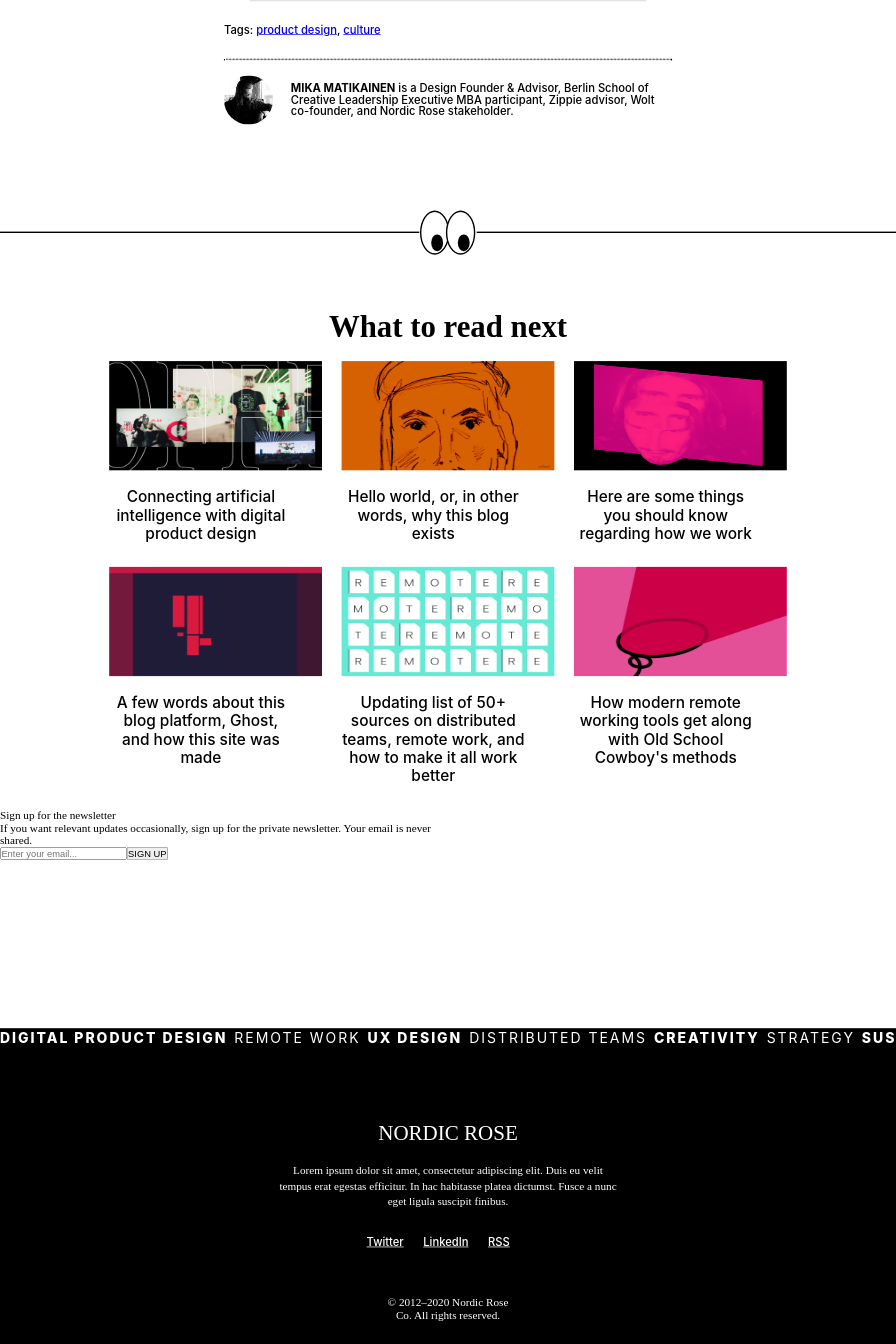
Repository: ThuTrang-jvb/JVB-BT1
Page: Page 3/article.html
The author's editor kept a copy of each file at every save. The page is drawn from the files as they stood at one save, then again after the next save.
The browser window is 1280 px wide. The pictures show the part of the page from y = 3637 to 5557 px (the page is 5557 px tall), at 70% of full size.

Above is the page before, as saved 2025-06-30 10:07:29.

### Page 3/article.html
<!DOCTYPE html>
<html lang="en">
<head>
    <meta charset="UTF-8">
    <meta name="viewport" content="width=device-width, initial-scale=1.0">
    <link rel="stylesheet" href="styleArticle.css">
    <link href="https://fonts.googleapis.com/css2?family=Playfair+Display&display=swap" rel="stylesheet">
    <title>Article</title>
</head>
<body>
    <div class="header">
        <h1>NORDIC ROSE</h1>
        <div class="nav">
            <p class="active">blog</p>
            <p>about</p>
            <p>links</p>
            <p>projects</p>
        </div>
        <div class="hamburger">
            <span></span>
            <span></span>
            <span></span>
        </div>
    </div>
    <hr>
    <div class="main">
        <div class="title">
            <h1>A few words about this blog platform, Ghost, and how this site was made</h1>
            <p>Why Ghost (& Figma) instead of Medium, <br> WordPress or other options?</p>
            <img src="image/image 2.png" alt="image 2">
            <hr>
        </div>
        <div class="status">
            <div class="status_img">
                <img src="image/anh_nen.png" alt="image 3">
                <div class="status_text">
                    <p class="bold_p">Mika MAtikainen</p>
                    <p>Apr 15, 2020 · 4 min read</p>
                </div>

            </div>

            <div class="share-buttons">
                <button class="share-btn" aria-label="Share on Facebook">
                    <svg width="18" height="18" viewBox="0 0 24 24" fill="#000" xmlns="http://www.w3.org/2000/svg">
                    <path d="M22 12.07C22 6.48 17.52 2 12 2S2 6.48 2 12.07c0 5 3.66 9.13 8.44 9.93v-7.03h-2.54v-2.9h2.54V9.41c0-2.5 1.49-3.89 3.77-3.89 1.09 0 2.24.2 2.24.2v2.46h-1.26c-1.24 0-1.63.77-1.63 1.56v1.87h2.78l-.44 2.9h-2.34v7.03C18.34 21.2 22 17.07 22 12.07z"/>
                    </svg>
                </button>
                <button class="share-btn" aria-label="Share on Twitter">
                    <svg width="18" height="18" viewBox="0 0 24 24" fill="#000" xmlns="http://www.w3.org/2000/svg">
                    <path d="M22.46 6c-.77.35-1.6.58-2.46.69a4.28 4.28 0 0 0 1.88-2.36 8.56 8.56 0 0 1-2.71 1.04 4.26 4.26 0 0 0-7.26 3.88 12.09 12.09 0 0 1-8.77-4.45 4.26 4.26 0 0 0 1.32 5.69 4.23 4.23 0 0 1-1.93-.53v.05a4.26 4.26 0 0 0 3.42 4.17 4.29 4.29 0 0 1-1.92.07 4.26 4.26 0 0 0 3.98 2.96A8.54 8.54 0 0 1 2 19.54 12.07 12.07 0 0 0 8.29 21.5c7.55 0 11.68-6.26 11.68-11.68 0-.18 0-.35-.01-.53A8.36 8.36 0 0 0 22.46 6z"/>
                    </svg>
                </button>
            </div>
        </div>
        <div class="caption">
            <pre>Lorem ipsum dolor sit amet, consectetur adipiscing elit. Duis eu velit
tempus erat egestas efficitur. In hac habitasse platea dictumst. Fusce a
nunc eget ligula suscipit finibus. Aenean pharetra quis lacus at viverra.

Class aptent taciti sociosqu ad litora torquent per conubia nostra, per
inceptos himenaeos. Aliquam quis posuere ligula. In eu dui molestie, molestie
lectus eu, semper lectus.</pre>
            <h2>Next on the pipeline</h2>
            <pre>Duis eu velit tempus erat egestas efficitur. In hac habitasse platea
dictumst. Fusce a nunc eget ligula suscipit finibus. Aenean pharetra
quis lacus at viverra. Class aptent taciti sociosqu ad litora torquent per
conubia nostra, per inceptos himenaeos.

Morbi efficitur auctor metus, id mollis lorem pellentesque id. Nullam
posuere maximus dui et fringilla. </pre>
            <figure>
                <img src="image/3cc5df540f70fc0ba5d96cdc94c3d237971a9b6e.jpg" alt="Rectangle 8">
                <figcaption>Image caption centered this way and I’ll make this a bit longer to indicate the amount of line-height. </figcaption>
            </figure>
            <pre>Aenean pharetra quis lacus at viverra. Class aptent taciti sociosqu ad
litora torquent per conubia nostra, per inceptos himenaeos. Aliquam
quis posuere ligula.

In eu dui molestie, molestie lectus eu, semper lectus. Proin at justo
lacinia, auctor nisl et, consequat ante. Donec sit amet nisi arcu. Morbi
efficitur auctor metus, id mollis lorem pellentesque id. Nullam
posuere maximus dui et fringilla. Nulla non volutpat leo.</pre>
            <p>A list looks like this:</p>
            <ul>
                <li>First item in the list</li>
                <li>Second item in the list lorem ipsum dolor sit amet nunc felis dolor lorem ipsum sit amet</li>
                <li>Third item in the list</li>
            </ul>
            <p>Class aptent taciti sociosqu ad litora torquent per conubia nostra, per inceptos himenaeos. Aliquam quis posuere ligula. </p>
            <p>Thanks for reading,<br>
            Mika</p>
        </div>
        <div class="links">
            <div class="share-buttons">
                <button class="share-btn" aria-label="Share on Facebook">
                    <svg width="18" height="18" viewBox="0 0 24 24" fill="#000" xmlns="http://www.w3.org/2000/svg">
                        <path d="M22 12.07C22 6.48 17.52 2 12 2S2 6.48 2 12.07c0 5 3.66 9.13 8.44 9.93v-7.03h-2.54v-2.9h2.54V9.41c0-2.5 1.49-3.89 3.77-3.89 1.09 0 2.24.2 2.24.2v2.46h-1.26c-1.24 0-1.63.77-1.63 1.56v1.87h2.78l-.44 2.9h-2.34v7.03C18.34 21.2 22 17.07 22 12.07z"/>
                        <span>Share on Facebook</span>
                    </svg>
                </button>
                <button class="share-btn" aria-label="Share on Twitter">
                    <svg width="18" height="18" viewBox="0 0 24 24" fill="#000" xmlns="http://www.w3.org/2000/svg">
                    <path d="M22.46 6c-.77.35-1.6.58-2.46.69a4.28 4.28 0 0 0 1.88-2.36 8.56 8.56 0 0 1-2.71 1.04 4.26 4.26 0 0 0-7.26 3.88 12.09 12.09 0 0 1-8.77-4.45 4.26 4.26 0 0 0 1.32 5.69 4.23 4.23 0 0 1-1.93-.53v.05a4.26 4.26 0 0 0 3.42 4.17 4.29 4.29 0 0 1-1.92.07 4.26 4.26 0 0 0 3.98 2.96A8.54 8.54 0 0 1 2 19.54 12.07 12.07 0 0 0 8.29 21.5c7.55 0 11.68-6.26 11.68-11.68 0-.18 0-.35-.01-.53A8.36 8.36 0 0 0 22.46 6z"/>
                    <span>Share on Twitter</span>
                    </svg>
                </button>
            </div>
        </div>
        <div class="tag">
            <p>Tags: <a href="#">product design</a>, <a href="#">culture</a></p>
            <hr>
            <div class="status_tag">
                <img src="image/anh_nen.png" alt="image 3">
                <div class="status_text_end">
                    <p> <b>MIKA MATIKAINEN</b> is a Design Founder & Advisor, Berlin School of Creative Leadership Executive MBA participant, Zippie advisor, Wolt co-founder, and Nordic Rose stakeholder.  </p>
                </div>

            </div>
        </div>
    </div>
    <div class="divider">
        <div class="path"></div>
        <div class="eyes">
            <div class="eye eye-left">
                <div class="pupil"></div>
            </div>
            <div class="eye eye-right">
                <div class="pupil"></div>
            </div>
        </div>
        <div class="path"></div>
    </div>
    <div>
        <h3>What to read next</h3>
        <div class="image">
            <div class="image_line">
                <img src="image/image1.png" alt="Rectangle 4">
                <p>Connecting artificial intelligence with digital product design</p>
            </div>
            <div class="image_line">
                <img src="image/image2.png" alt="Rectangle 11">
                <p>Hello world, or, in other words, why this blog exists</p>
            </div>
            <div class="image_line">
                <img src="image/image.png" alt="Rectangle 10">
                <p>Here are some things you should know regarding how we work </p>
            </div>
        </div>
        <div class="image_desktop">
            <div class="image_line">
                <img src="image/image13.png" alt="Rectangle 37">
                <p>A few words about this blog platform, Ghost, and how this site was made</p>
            </div>
            <div class="image_line">
                <img src="image/image12.png" alt="Rectangle 39">
                <p>Updating list of 50+ sources on distributed teams, remote work, and how to make it all work better</p>
            </div>
            <div class="image_line">
                <img src="image/image11.png" alt="Rectangle 38">
                <p>How modern remote working tools get along with Old School Cowboy's methods</p>
            </div>
        </div>
    </div>
    <div class="frame">
        <p>Sign up for the newsletter</p>
        <p>If you want relevant updates occasionally, sign up for the private newsletter. Your email is never shared. </p>
        <div class="email">
            <input type="email" placeholder="Enter your email...">
            <button>SIGN UP</button>
        </div>
    </div>



    <div class="footer">
        <div class="line-wrap">
            <div class="line">
                <span class="bold">Digital product design</span>
                <span>Remote work</span>
                <span class="bold">UX design</span>
                <span>Distributed teams</span>
                <span class="bold">Creativity</span>
                <span>Strategy</span>
                <span class="bold">Suspense</span>
                <span>Growth</span>
            </div>
        </div>
        <p class="logo">NORDIC ROSE</p>
        <p class="para">Lorem ipsum dolor sit amet, consectetur adipiscing elit. Duis eu velit tempus erat egestas efficitur. In hac habitasse platea dictumst. Fusce a nunc eget ligula suscipit finibus. </p>
        <div class="info">
            <p>Twitter</p>
            <p>LinkedIn</p>
            <p>RSS</p>
        </div>
        <p class="year">© 2012–2020 Nordic Rose Co. All rights reserved. </p>
    </div>
</body>
</html>

### Page 3/styleArticle.css
 * {
    margin: 0;
    padding: 0;
    box-sizing: border-box;
 }
.header {
    width: 100%;
    max-width: 1440px;
    height: auto;
    box-sizing: border-box;
    justify-content: space-between;
    align-items: center;
    display: flex;
    gap: 476.59px;
    padding: 52.54px 61px 40px 63.58px;
    height: 134px;
}
.header h1 {
    font-weight: 400;
    font-size: 30px;
}
.hamburger {
  display: none;
  flex-direction: column;
  gap: 5px;
  cursor: pointer;
}

.hamburger span {
  width: 25px;
  height: 3px;
  background-color: black;
  display: block;
  border-radius: 2px;
}
.nav {
    display: flex;
    justify-content: center;
    gap: 34px;
}
.nav p {
    position: relative;
    font-family: New York Small;
    font-weight: 500;
    font-size: 20px;
    line-height: 170%;
    letter-spacing: 2.8px;
    text-align: center;
    text-transform: uppercase;
    margin: 0;
    text-decoration: none;

}

.nav p.active::after {
    content: "";
    position: absolute;
    bottom: -43px;
    left: 50%;
    transform: translateX(-50%);
    width: 50px;
    height: 2px;
    background-color: #000;
}

hr {
  width: 100vw;
  border: none;
  border-top: 1px solid #ccc;
  margin: 0;
}
.title img {
    width: 100vw;
    height: auto;
    display: block;
    padding-bottom: 44px;
    margin: 0 auto;
}
.title h1 {
    font-family: New York Extra Large;
    font-weight: 700;
    font-size: 54px;
    line-height: 100%;
    letter-spacing: 0%;
    text-align: center;
    margin: 0 auto;
    max-width: 858px;
    padding-top: 52px;
    padding-bottom: 32px;
}
.title p {
    font-family: SF Mono;
    font-weight: 400;
    font-size: 20px;
    line-height: 170%;
    letter-spacing: 0%;
    text-align: center;
    max-width: 592px;
    margin: 0 auto;
    padding-bottom: 52px;

}
.title hr {
    border: 2px solid #000000;
    width: 640px;
    display: block;
    margin: 0 auto;
}
.status_img img {
    width: 56px;
    height: 56px;
    object-fit: cover;
    border-radius: 50%;
}
.share-buttons {
    display: flex;
    border: 2px solid #e0e0e0;
    border-radius: 5px;
    overflow: hidden;
    width: fit-content;
    background-color: #fff;
    margin-left: 273px;
    margin-top: 1px;
}
.share-btn {
    border: none;
    padding: 12.04px 25px;
    background: transparent;
    cursor: pointer;
    display: flex;
    align-items: center;
    justify-content: center;
    outline: none;
    gap: 16px;
}

.share-btn + .share-btn {
    border-left: 1px solid #e0e0e0;
}

.share-btn svg {
    width: 20px;
    height: 20px;
}
.status {
    display: flex;
    justify-content: center;
    align-items: center;
}
.status_img {
    display: flex;
    align-items: center;
    gap: 5px;
    padding-top: 24px;
    padding-bottom: 53px;
}
.bold_p {
    max-width: 191px;
    font-family: SF Pro Text;
    font-weight: 700;
    font-size: 16px;
    line-height: 100%;
    letter-spacing: 5%;
    text-transform: uppercase;
}
.status_text p {
    font-family: SF Pro Text;
    font-weight: 400;
    font-size: 16px;
    line-height: 100%;
    letter-spacing: 0%;
}
.status_text {
    padding-top: 5px;
}
.caption pre{
    text-align: left;
    margin: 0 auto;
    max-width: 640px;
    font-family: 'SF Pro Text', 'New York Medium', serif;
    font-weight: 400;
    font-size: 20px;
    line-height: 170%;
    letter-spacing: 0%;

}

.caption h2 {
    font-family: SF Pro Display;
    font-weight: 700;
    font-size: 32px;
    line-height: 160%;
    letter-spacing: 0%;
    padding-top: 57px;
    padding-bottom: 24px;
    text-align: left;
    max-width: 640px;
    margin: 0 auto;
}
.caption img {
    width: 854px;
    height: 570px;
    display: block;
    margin: 0 auto;
    padding-top: 52px;
    padding-bottom: 12px;
}
figcaption {
    max-width: 481px;
    text-align: center;
    margin: 0 auto;
    padding-bottom: 52px;
}
.caption p {
    font-family: New York Medium;
    font-weight: 400;
    font-size: 20px;
    line-height: 170%;
    letter-spacing: 0%;
    text-align: left;
    margin: 0 auto;
    max-width: 640px;
    padding-top: 52px;
}
li {
    font-family: New York Medium;
    font-weight: 400;
    font-size: 20px;
    line-height: 170%;
    letter-spacing: 0%;
    text-align: left;
    margin: 0 auto;
    max-width: 588px;
}
ul {
    padding-top: 19px;
}
.links {
    display: block;
    margin: 0 auto;
    padding-top: 77px;

}
.links .share-buttons{
    margin: 0 auto;
}
.links .share-btn {
    padding: 19px 70px;
}
.tag p {
    max-width: 640px;
    text-align: left;
    margin: 0 auto;
    padding-top: 32px;
    padding-bottom: 34px;
    font-family: SF Pro Text;
    font-weight: 500;
    font-size: 16px;
    line-height: 100%;
    letter-spacing: 3%;

}
.tag hr {
    border: 1px dotted #000000;
    width: 640px;
    display: block;
    margin: 0 auto;
}
.status_text_end {
    display: flex;
    max-width: 543px;
    text-align: left;
    margin: 0 auto;
    font-family: SF Pro Text;
    font-weight: 400;
    font-size: 16px;
    line-height: 160%;
    letter-spacing: 5%;

}
.status_tag img {
    width: 70px;
    height: 70px;
    object-fit: cover;
    border-radius: 50%;
}
.status_tag {
    display: flex;
    align-items: center;
    gap: 24px;
    max-width: 640px;
    margin: 0 auto;
}



.footer {
    background-color: #000000;
    color: white;
    text-align: center;
    padding-bottom:32px;
}
.bold {
    font-weight: 800;
}
.line {
    display: flex;
    flex-wrap: nowrap;
    overflow-x: auto;
    max-width: 100%;
    letter-spacing: 2.8px;
    white-space: nowrap;
    padding-bottom: 105.12px;
    scrollbar-width: none;
    gap: 10px;
}
.line::-webkit-scrollbar {
    display: none;
}
.line-wrapper {
  width: 100vw;
  overflow-x: auto;
}
.line span {
    font-family: SF Pro Text;
      font-size: 20px;
      color: #fff;
      text-transform: uppercase;
      display: inline-flex;
      flex-wrap: nowrap;
      justify-content: center;
      flex-shrink: 0;
      line-height: 28px;
}
    .divider {
      display: flex;
      align-items: center;
      justify-content: center;
      margin: 100px 0 40.71px;
    }

    .path {
      flex: 1;
      height: 2.5px;
      background-color: black;
    }

    .eyes {
      display: flex;
      width: 82px;
      height: 64px;
      align-items: center;
      position: relative;
    }

    .eye {
      width: 42.29px;
      height: 62.86px;
      background: white;
      border: 2.5px solid black;
      border-radius: 50%;
      position: absolute;
    }

    .eye-left {
      left: 0.5px;
    }

    .eye-right {
      left: 38px;
    }

    .pupil {
      width: 17.14px;
      height: 24.29px;
      background: black;
      border-radius: 50%;
      position: absolute;
      top: 55%;
      left: 38%;
    }
.image, .image_desktop {
    display: grid;
    grid-template-columns: repeat(3, 0fr);
    justify-content: center;
    gap: 28px
}
.image_line img {
    width: 304px;
    height: 176px;
    padding-bottom: 20px;
}
.image_line p {
    font-family: SF Pro Display;
    font-weight: 500;
    font-size: 22px;
    line-height: 120%;
    letter-spacing: 0%;
    text-align: center;
    max-width: 262px;
    padding-bottom: 34px;
}
h3 {
    font-family: New York Extra Large;
    font-weight: 700;
    font-size: 44px;
    line-height: 100%;
    letter-spacing: 0%;
    text-align: center;
    padding-top: 40.71px;
    padding-bottom: 27px;
}
.email {
    display: flex;
}
.frame {
    width: 640px;
    height: 313px;

}










.footer h1 {
    padding-bottom: 25.58px;
}
.para {
    font-family: New York Small;
    font-weight: 400;
    font-size: 16px;
    line-height: 140%;
    text-align: center;
    max-width: 488px;
    padding-bottom: 32px;
    margin: 0 auto;
}
.info {
    display: flex;
    justify-content: center;
    max-width: 209px;
    padding-bottom: 64px;
    margin: 0 auto;
}

.info p {
    margin: 0;
    font-family: SF Pro Text;
    font-weight: 500;
    font-size: 16px;
    line-height: 170%;
    text-decoration: underline;
    padding-right: 28px;
}
.logo {
    margin: 0;
    font-weight: 400;
    font-size: 30px;
    padding-bottom: 25.58px;
}
.footer .year {
    max-width: 178px;
    text-align: center;
    margin: 0 auto;
}
@media screen and (max-width: 767px) {
    .header {
        padding: 24px 20px;
        gap: 0;
    }

    .nav {
        display: none;
    }

    .hamburger {
        display: flex;
    }
    hr {
        width: 100%;
    }
    .main {
        padding: 52px 0 0 0;
    }

    .title img {
        width: 100%;
        height: auto;
        display: block;
        margin: 0;
    }

    .title h1 {
        font-size: 36px;
        max-width: 100%;
        text-align: center;
        padding-bottom: 24px;
        margin: 0 auto;
    }

    .title p {
        font-size: 16px;
        max-width: 90%;
        text-align: center;
        padding-bottom: 36px;
    }

    .title hr {
        width: 90%;

    }




    .line {
        margin: 0;
        padding-bottom: 32px;
        justify-content: flex-start;
        max-width: 100vw;
        overflow-x: auto;
    }

    .line span {
        font-size: 14px;
        line-height: 24px;
    }

    .logo {
        font-size: 20px;
        padding-bottom: 16px;
    }

    .para {
        font-size: 14px;
        padding-bottom: 32px;
        margin: 0 auto;
        max-width: 90%;
    }

    .info {
        justify-content: center;
        gap: 16px;
        font-size: 14px;
        padding-bottom: 64px;
        max-width: 100%;
    }

    .footer .year {
        font-size: 12px;
        padding: 0 16px;
    }
}

After the next save:
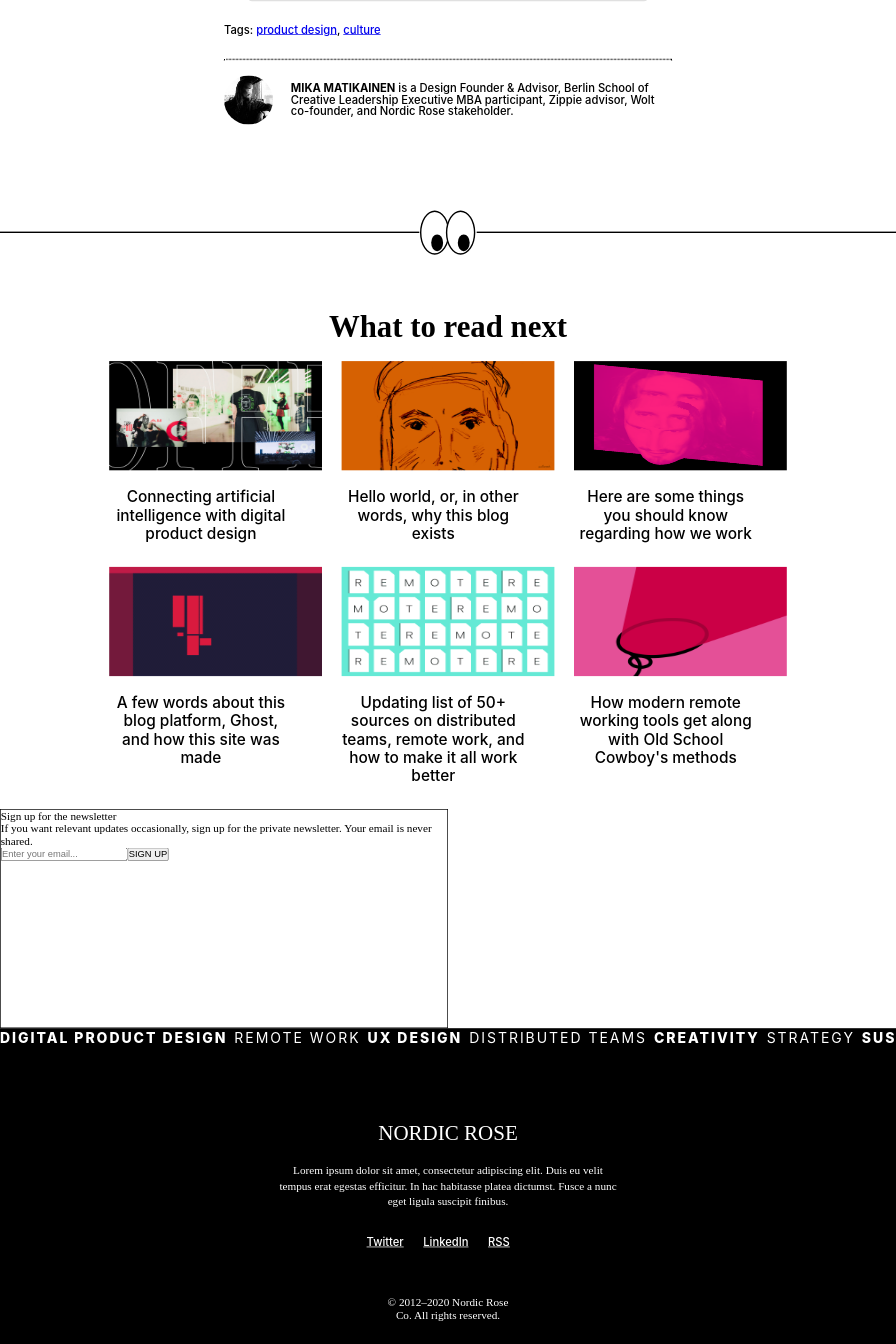
Saved 5 s later.
--- a/Page 3/styleArticle.css
+++ b/Page 3/styleArticle.css
@@ -416,7 +416,7 @@ h3 {
 .frame {
     width: 640px;
     height: 313px;
-
+    border: 1px solid #000000
 }
 
 
